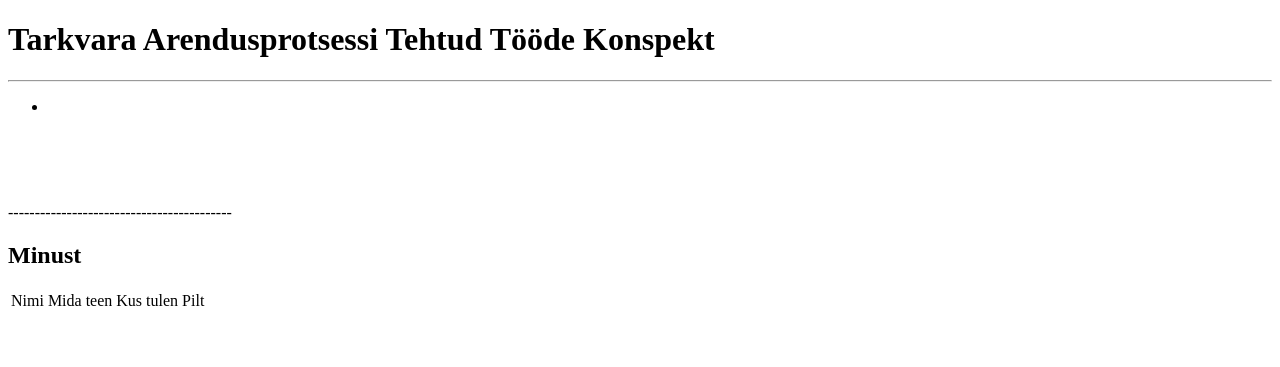
Repository: annemariv/Targe24
Page: index.html
An editor plug-in stored every save of this project. The page is shown before and after the next save, followed by the edit.
The browser window is 1280 px wide. The pictures show the whole page.

Above is the page before, as saved 2024-11-06 18:16:48.

### index.html
<!DOCTYPE html>
<html lang="en">
<head>
    <meta charset="UTF-8">
    <meta name="viewport" content="width=device-width, initial-scale=1.0">
    <title>Minu Tarkvara Arendusprotsessi Ainemapp</title>
</head>
<body>
    <h1>Tarkvara Arendusprotsessi Tehtud Tööde Konspekt</h1>
    <hr/>
    <ul>
        <li><a href="elutsykkel/waterfall.html"></a>
        </li>
    </ul>
    <br/>
    <br/>
    <br/>
    <br/>
    ------------------------------------------
    <h2>Minust</h2>
    <table>
        <tr>
            <td>Nimi</td>
            <td>Mida teen</td>
            <td>Kus tulen</td>
            <td>Pilt</td>
        </tr>
    </table>
</body>
</html>

After the next save:
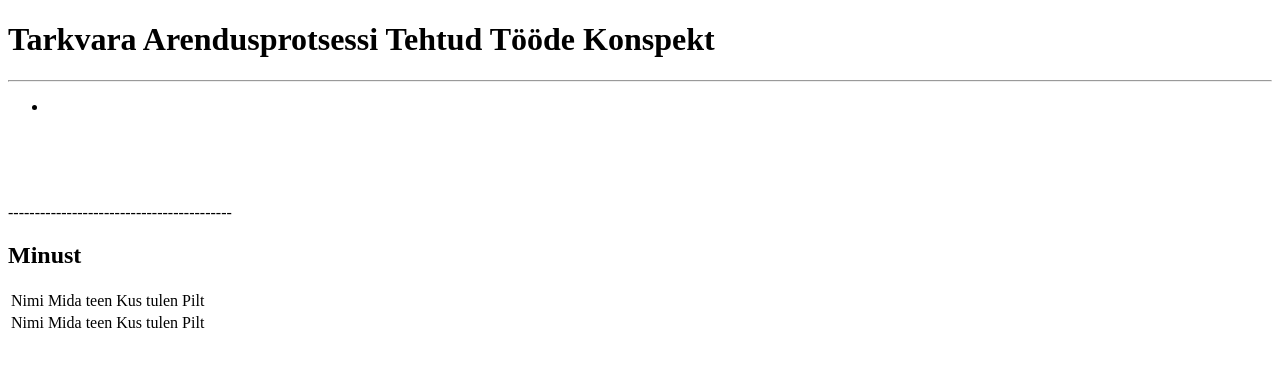
Saved 29 s later.
--- a/index.html
+++ b/index.html
@@ -25,6 +25,12 @@
             <td>Kus tulen</td>
             <td>Pilt</td>
         </tr>
+        <tr>
+            <td>Nimi</td>
+            <td>Mida teen</td>
+            <td>Kus tulen</td>
+            <td>Pilt</td>
+        </tr>
     </table>
 </body>
 </html>
